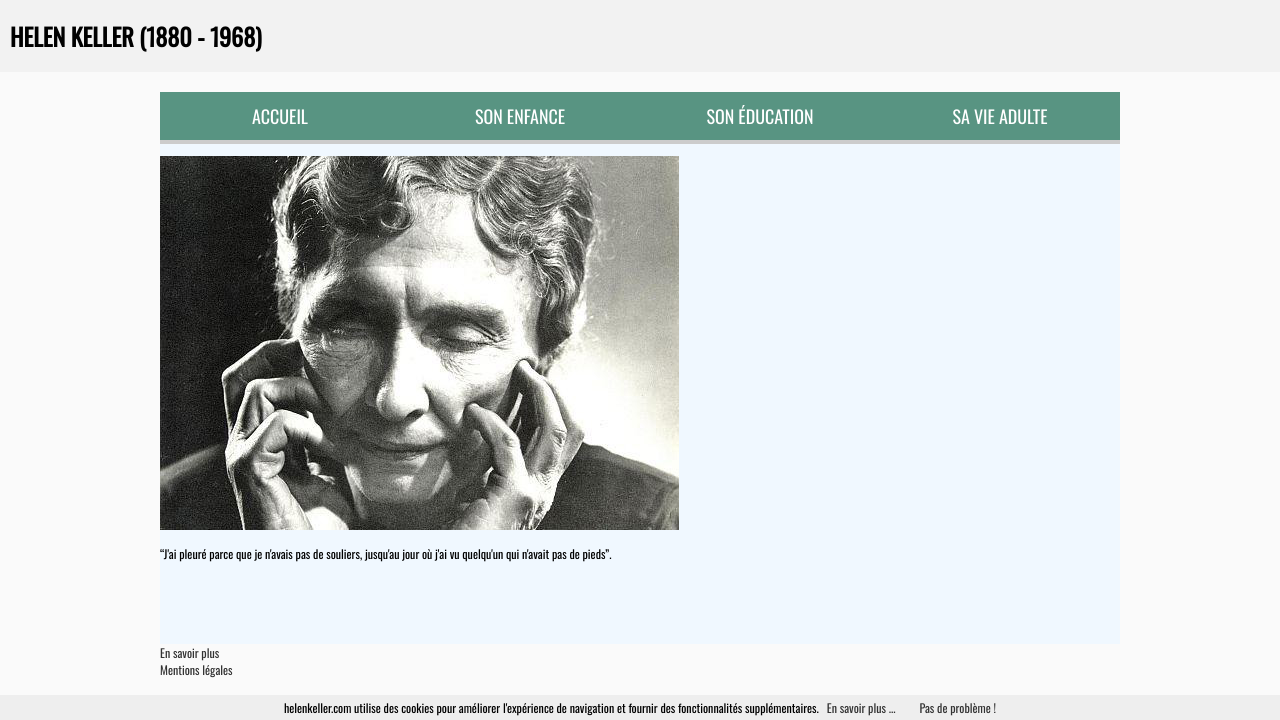
Repository: Luc010/Exercices
Page: HTML CSS/biographie_helen_keller/index.html
The author's editor kept a copy of each file at every save. The page is drawn from the files as they stood at one save, then again after the next save.
The browser window is 1280 px wide. The pictures show the whole page.

Above is the page before, as saved 2019-09-06 09:50:40.

After the next save:
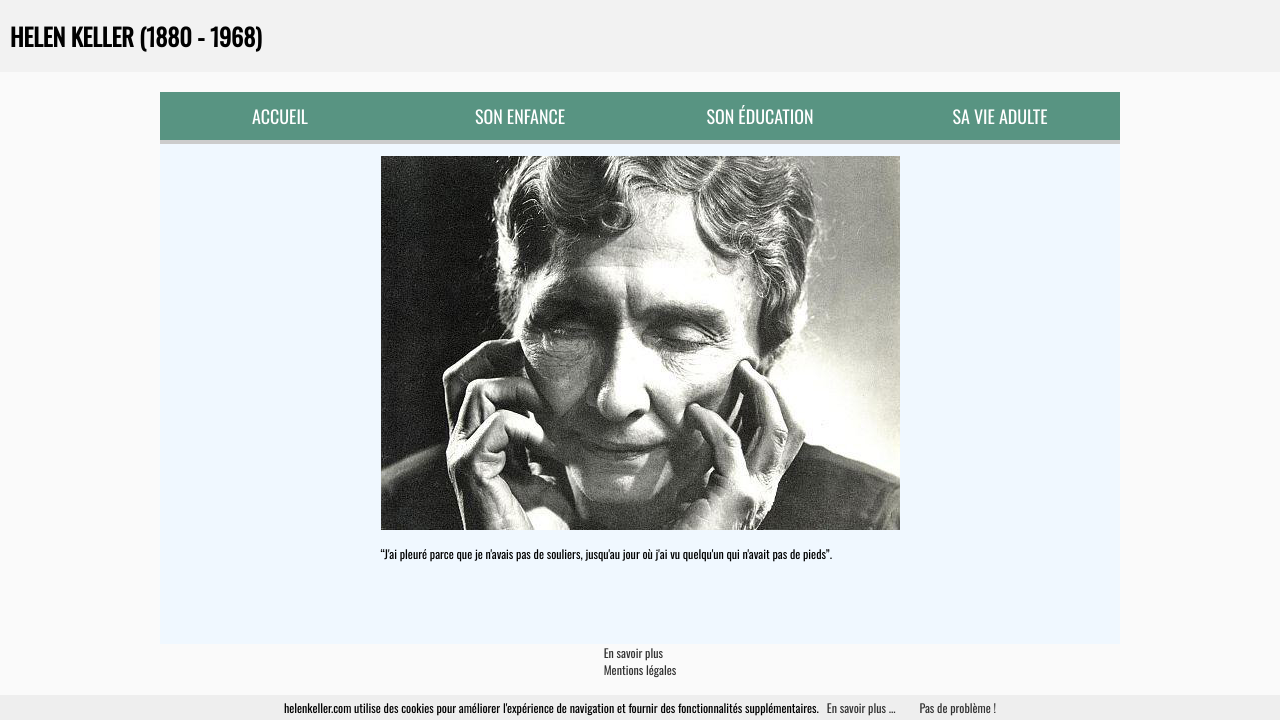
Saved 22 s later.
--- a/HTML CSS/biographie_helen_keller/style.css
+++ b/HTML CSS/biographie_helen_keller/style.css
@@ -84,8 +84,5 @@
 .brand {
     text-indent: 10px;
 }
-.container{
-    width: 960px;
 
-}
 /* BODY */

After the 4 saves that followed:
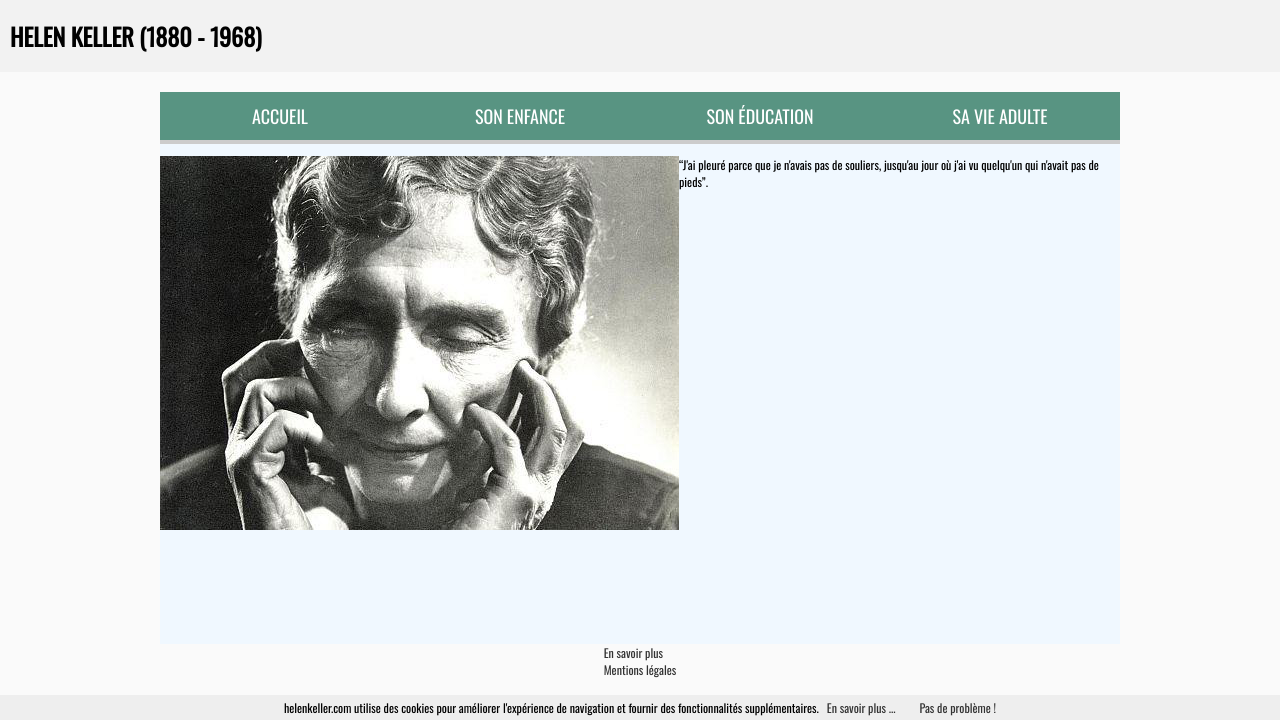
The 4 saves are shown as one change because 2 left the picture as it was and some came seconds apart.
The last was saved 26 s later.
--- a/HTML CSS/biographie_helen_keller/style.css
+++ b/HTML CSS/biographie_helen_keller/style.css
@@ -84,5 +84,8 @@
 .brand {
     text-indent: 10px;
 }
-
+.container{
+    display: flex;
+    justify-content: center;
+}
 /* BODY */
